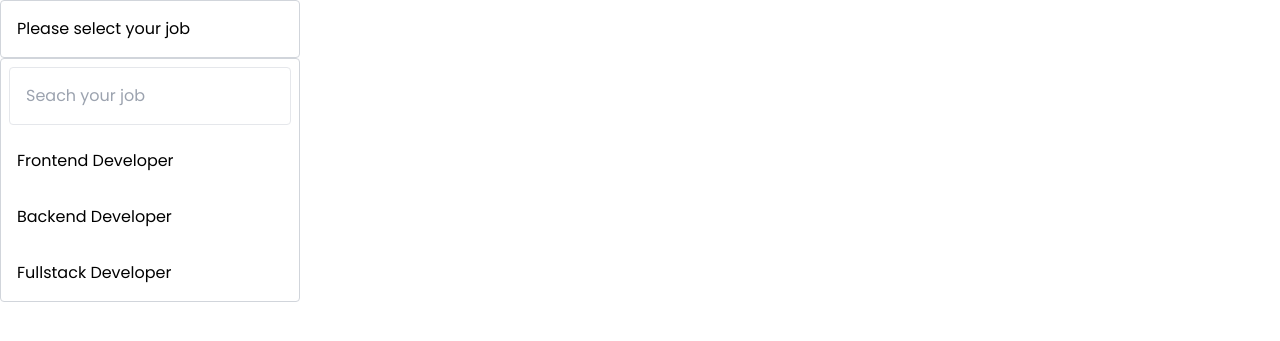
Repository: ThanhPhongsof/React-Course
Page: /, after clicking the first element matching `div.flex`
The author's editor kept a copy of each file at every save. The page is drawn from the files as they stood at one save, then again after the next save.
The browser window is 1280 px wide. The pictures show the whole page.
The project was rebuilt for these pictures with package versions that can differ from the ones it lists, and the page was loaded fresh each time.

Above is the page before, as saved 2022-04-26 09:20:13.

### src/index.js
import React from "react";
import ReactDOM from "react-dom";
import App from "./App";
import reportWebVitals from "./reportWebVitals";
import "./index.scss";
import { BrowserRouter } from "react-router-dom";

// ReactDOM.render(
//   // <React.StrictMode>
//     <BrowserRouter>
//       <App />
//     </BrowserRouter>
//   // </React.StrictMode>,
//   document.getElementById("root")
// );

ReactDOM.render(
  <BrowserRouter>
    <App />
  </BrowserRouter>,
  document.getElementById("root")
);

// If you want to start measuring performance in your app, pass a function
// to log results (for example: reportWebVitals(console.log))
// or send to an analytics endpoint. Learn more: https://bit.ly/CRA-vitals
reportWebVitals();

### src/App.js
import React from "react";
import Dropdown from "./components/advanced-react/inversion-of-control/Dropdown";

const options = [
  {
    title: "Frontend Developer",
    onClick: () => {},
  },
  {
    title: "Backend Developer",
    onClick: () => {},
  },
  {
    title: "Fullstack Developer",
    onClick: () => {},
  },
];

const App = () => {
  return (
    <div>
      <Dropdown
        options={options}
        placeholder="Please select your job"
      ></Dropdown>
    </div>
  );
};

export default App;

### src/index.scss
@tailwind base;
@tailwind components;
@tailwind utilities;

@layer base {
  @import url("https://fonts.googleapis.com/css2?family=Poppins:wght@300;400;500;700&display=swap");
  body {
    font-family: "Poppins", sans-serif;
  }
}
.skeleton {
  background-color: #eee;
  background-image: linear-gradient(
    110deg,
    #ececec 8%,
    #f5f5f5 18%,
    #ececec 33%
  );
  background-size: 200% 100%;
  animation: 1.5s shine linear infinite;
}
@keyframes shine {
  to {
    background-position-x: -200%;
  }
}
.zoom-enter .content {
  opacity: 0;
  transform: scale(0.5);
}
.zoom-enter-active .content {
  opacity: 1;
  transform: scale(1);
}
.zoom-exit .content {
  opacity: 1;
}
.zoom-exit-active .content {
  opacity: 0;
  transform: scale(0.5);
}

// Fade

.fade-enter .tooltip {
  opacity: 0;
}
.fade-enter-active .tooltip {
  opacity: 1;
}
.fade-exit .tooltip {
  opacity: 1;
}
.fade-exit-active .tooltip {
  opacity: 0;
}

### src/components/advanced-react/inversion-of-control/Dropdown.js
import React, { useState } from "react";

const Dropdown = ({
  options,
  placeholder = "Please select an option",
  inputPlaceholder,
  onChange = () => {},
}) => {
  const [show, setShow] = useState(false);
  const handleToggleDropdown = () => {
    setShow((show) => !show);
  };

  return (
    <div className="relative inline-block w-full max-w-[300px]">
      <div
        className="flex items-center justify-between p-4 border border-gray-300 rounded cursor-pointer placeholder"
        onClick={handleToggleDropdown}
      >
        {placeholder}
      </div>
      {show && (
        <div className="border border-gray-300 rounded options">
          <div className="p-2">
            <input
              type="text"
              placeholder="Seach your job"
              className="w-full p-4 border border-gray-200 rounded outline-none"
            />
          </div>
          {options &&
            options?.map((item) => (
              <div
                key={item.title}
                className="p-4 cursor-pointer option-item"
                onClick={item.onClick}
              >
                {item.title}
              </div>
            ))}
        </div>
      )}
    </div>
  );
};

export default Dropdown;

### tailwind.config.js
module.exports = {
  content: ["./src/**/*.{js,jsx,ts,tsx}"],
  theme: {
    extend: {
      backgroundImage: {
        "primary-gradient": `linear-gradient(
          86.88deg,
          #7d6aff 1.38%,
          #ffb86c 64.35%,
          #fc2872 119.91%
        )`,
        "secondary-gradient": `linear-gradient(86.88deg, #20e3b2, #2cccff)`,
      },
    },
  },
  plugins: [],
};

Loaded but not shown: public/index.html (common file); src/reportWebVitals.js (common file)

After the next save:
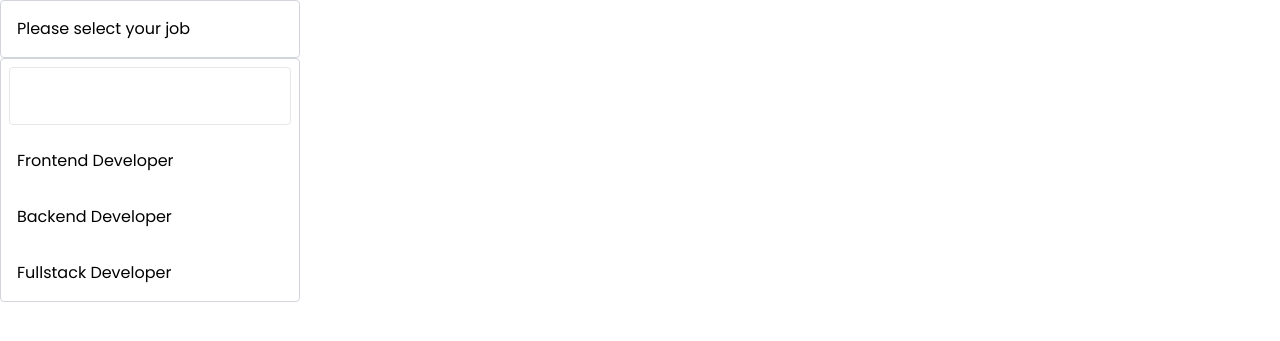
Saved 72 s later.
--- a/src/components/advanced-react/inversion-of-control/Dropdown.js
+++ b/src/components/advanced-react/inversion-of-control/Dropdown.js
@@ -4,7 +4,7 @@ const Dropdown = ({
   options,
   placeholder = "Please select an option",
   inputPlaceholder,
-  onChange = () => {},
+  onChangeInput = () => {},
 }) => {
   const [show, setShow] = useState(false);
   const handleToggleDropdown = () => {
@@ -24,8 +24,9 @@ const Dropdown = ({
           <div className="p-2">
             <input
               type="text"
-              placeholder="Seach your job"
+              placeholder={inputPlaceholder}
               className="w-full p-4 border border-gray-200 rounded outline-none"
+              onChange={onChangeInput}
             />
           </div>
           {options &&
